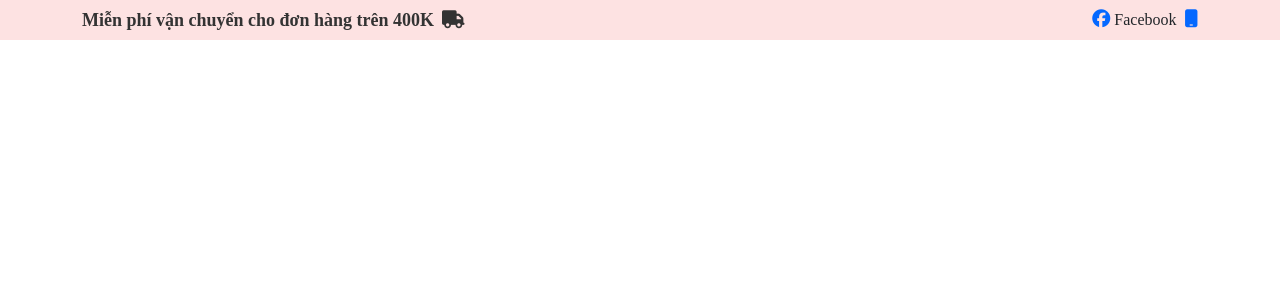
Repository: hoang28092000/kim-store
Page: index.html
An editor plug-in stored every save of this project. The page is shown before and after a run of saves, followed by the edit.
The browser window is 1280 px wide. The pictures show the whole page.
Some web libraries are served in a nearby version.

Above is the page before, as saved 2024-10-31 21:36:56.

### index.html
<!DOCTYPE html>
<html lang="en">
<head>
    <meta charset="UTF-8">
    <meta name="viewport" content="width=device-width, initial-scale=1.0">
    <link href="https://cdn.jsdelivr.net/npm/bootstrap@5.0.2/dist/css/bootstrap.min.css" rel="stylesheet" integrity="sha384-EVSTQN3/azprG1Anm3QDgpJLIm9Nao0Yz1ztcQTwFspd3yD65VohhpuuCOmLASjC" crossorigin="anonymous">
    <link rel="stylesheet" href="https://cdnjs.cloudflare.com/ajax/libs/font-awesome/6.6.0/css/all.min.css" integrity="sha512-Kc323vGBEqzTmouAECnVceyQqyqdsSiqLQISBL29aUW4U/M7pSPA/gEUZQqv1cwx4OnYxTxve5UMg5GT6L4JJg==" crossorigin="anonymous" referrerpolicy="no-referrer" />
    <link rel="stylesheet" href="asset/style.css">
    <title>KIM STORE</title>
</head>
<body>
    <div id="header">
        <div class="top_header ">
                <div class="container d-flex justify-content-between">
                    <div class="r-top_header d-flex align-items-center">
                        <p class="txt_bold mb-0 me-2">Miễn phí vận chuyển cho đơn hàng trên 400K</p>
                    <i class="fa-solid fa-truck icon-truck mb-0"></i>
                    </div>
                    <ul class="icons-header d-flex align-items-center mb-0">
                        <li class="icon">
                            <i class="fa-brands fa-facebook icon_fb"></i>
                            <span>Facebook</span>
                        </li>
                        <li class="icon">
                            <i class="fa-solid fa-mobile icon_mobie ms-2"></i>
                        </li>
                    </ul>
                </div>
        </div>
        <div class="main_header">

        </div>
    </div>


    <div id="navbar">

    </div>


    <div id="main">

    </div>


    <div id="footer">

    </div>






    <script src="https://cdn.jsdelivr.net/npm/bootstrap@5.0.2/dist/js/bootstrap.bundle.min.js" integrity="sha384-MrcW6ZMFYlzcLA8Nl+NtUVF0sA7MsXsP1UyJoMp4YLEuNSfAP+JcXn/tWtIaxVXM" crossorigin="anonymous"></script>
</body>
</html>

### asset/style.css
*{
    margin: 0;
    padding: 0;
    box-sizing: border-box;
    font-family: Montserrat;
    list-style: none;
    text-decoration: none;
}
.txt-16px{
    font-size: 16px;
    color: #333;
}
.txt_bold{
    font-size: 18px;
    color: #333;
    font-weight: 700;
}
#header{

}
#header .top_header{
    height: 40px;
    background-color: #FDE2E2;
}
.top_header .r-top_header{
    height: 40px;
}
.top_header .icon-truck{
    font-size: 18px;
    color: #333;
}
/* .top_header .icon{
    padding: 2px;
    border: 3px solid #fff;
    border-radius: 4px;
} */
.top_header .icon_fb , .icon_mobie{
    font-size: 18px;
    color: #0468ff;
}

After the next 3 saves:
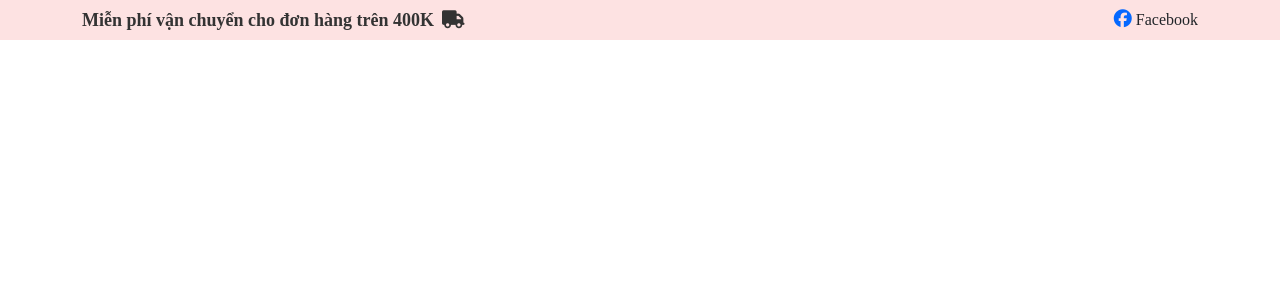
The 3 saves are shown as one change because they came seconds apart.
The last was saved 25 s later.
--- a/index.html
+++ b/index.html
@@ -22,7 +22,7 @@
                             <span>Facebook</span>
                         </li>
                         <li class="icon">
-                            <i class="fa-solid fa-mobile icon_mobie ms-2"></i>
+                           <img src="" alt="">
                         </li>
                     </ul>
                 </div>
